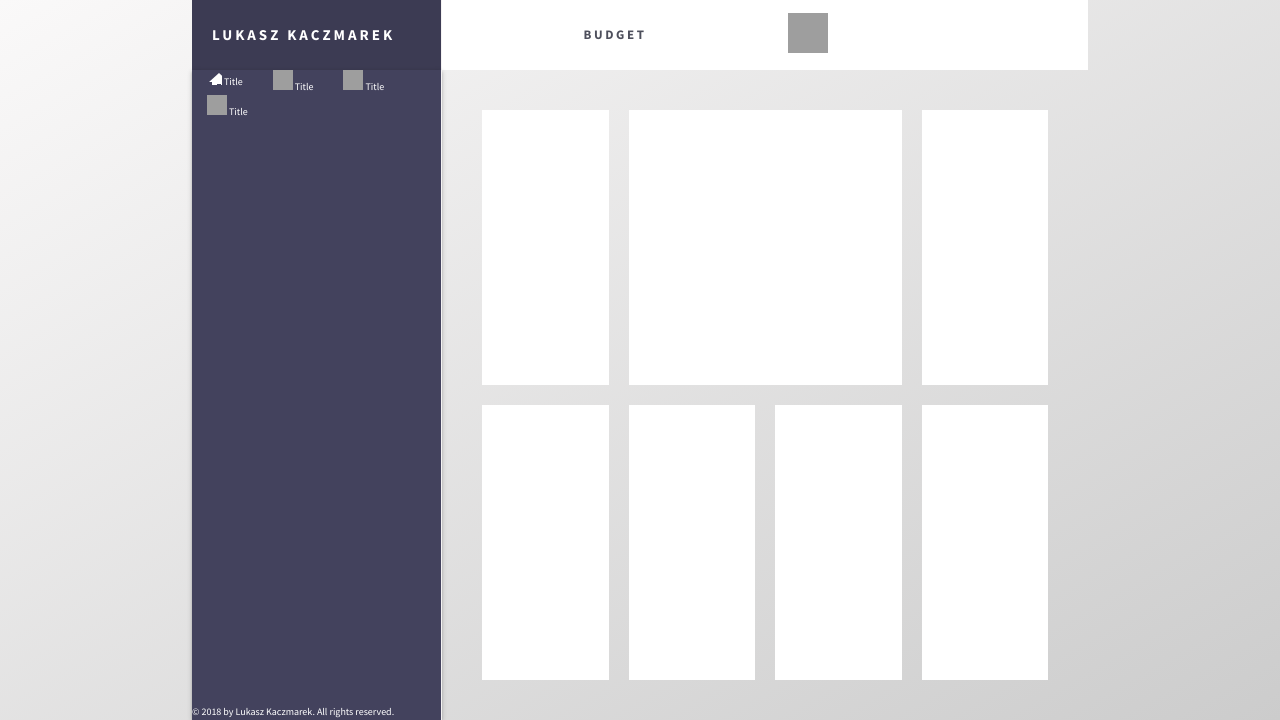
Repository: Archezi/BudgetApplication
Page: index.html
The author's editor kept a copy of each file at every save. The page is drawn from the files as they stood at one save, then again after the next save.
The browser window is 1280 px wide. The pictures show the whole page.
Pictures or frames that could not be fetched are drawn as grey boxes. The style sheet was rebuilt from its Sass, Less or Tailwind sources for each picture, by a compiler version that may differ from the author's.

Above is the page before, as saved 2018-08-28 22:30:39.

After the next save:
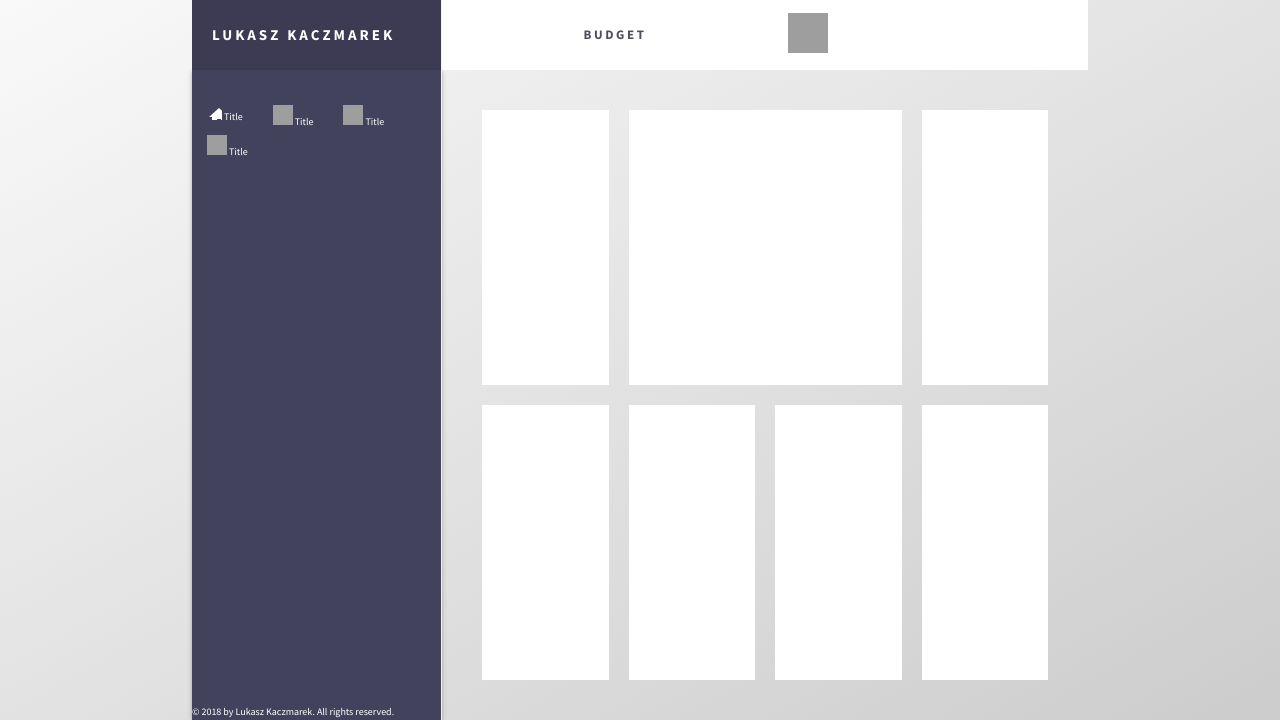
Saved 22 s later.
--- a/sass/components/_mainComponent.scss
+++ b/sass/components/_mainComponent.scss
@@ -42,7 +42,7 @@
 
 }
 
-.sid-nav {
+.side-nav {
     font-size: 1.5rem;
     list-style: none;
     margin-top: 3.5rem;
